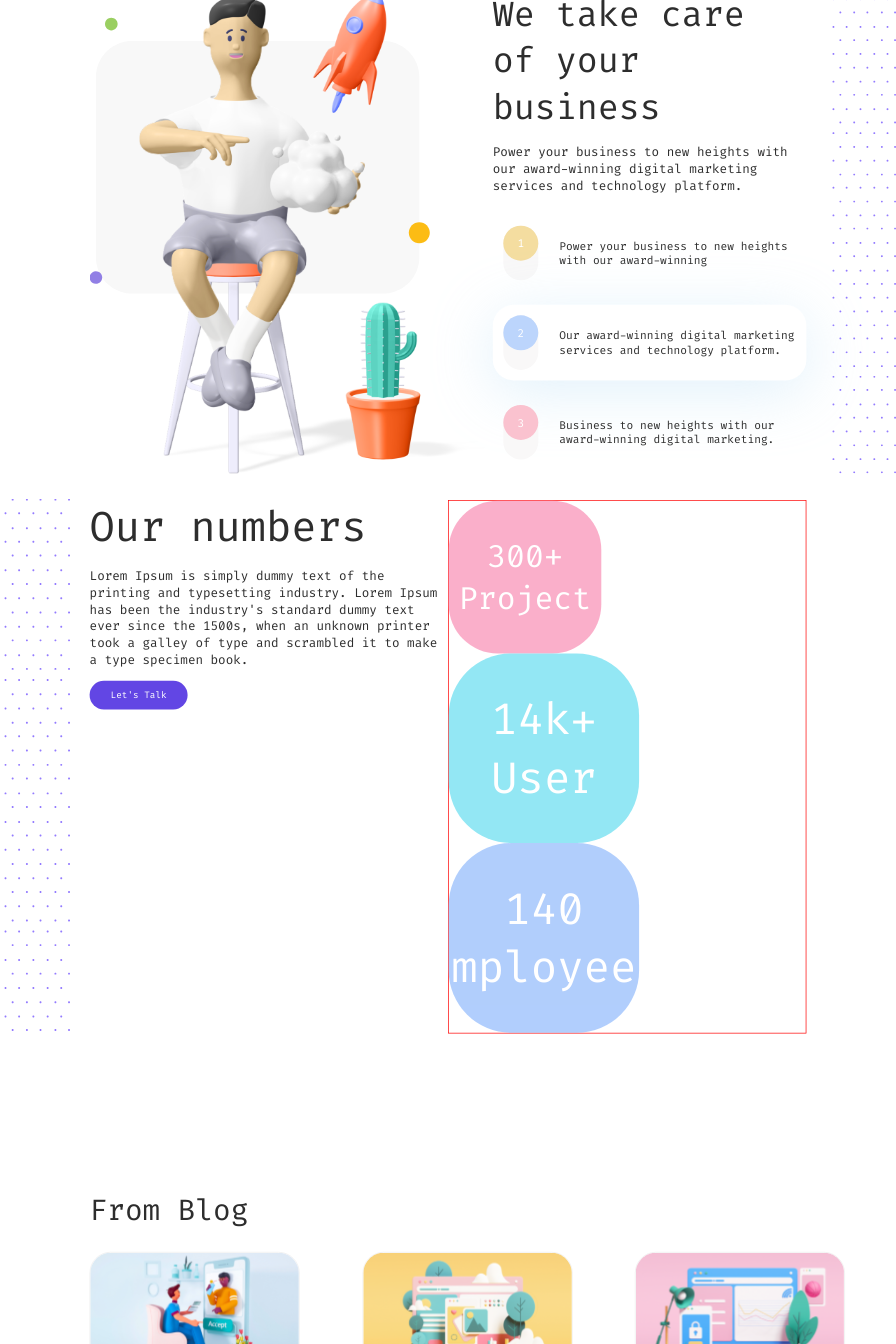
Repository: devdahcoder/noren
Page: index.html
An editor plug-in stored every save of this project. The page is shown before and after the next save, followed by the edit.
The browser window is 1280 px wide. The pictures show the part of the page from y = 1468 to 3388 px (the page is 4980 px tall), at 70% of full size.
The style sheet was rebuilt from its Sass, Less or Tailwind sources for each picture, by a compiler version that may differ from the author's.

Above is the page before, as saved 2020-12-23 13:32:36.

After the next save:
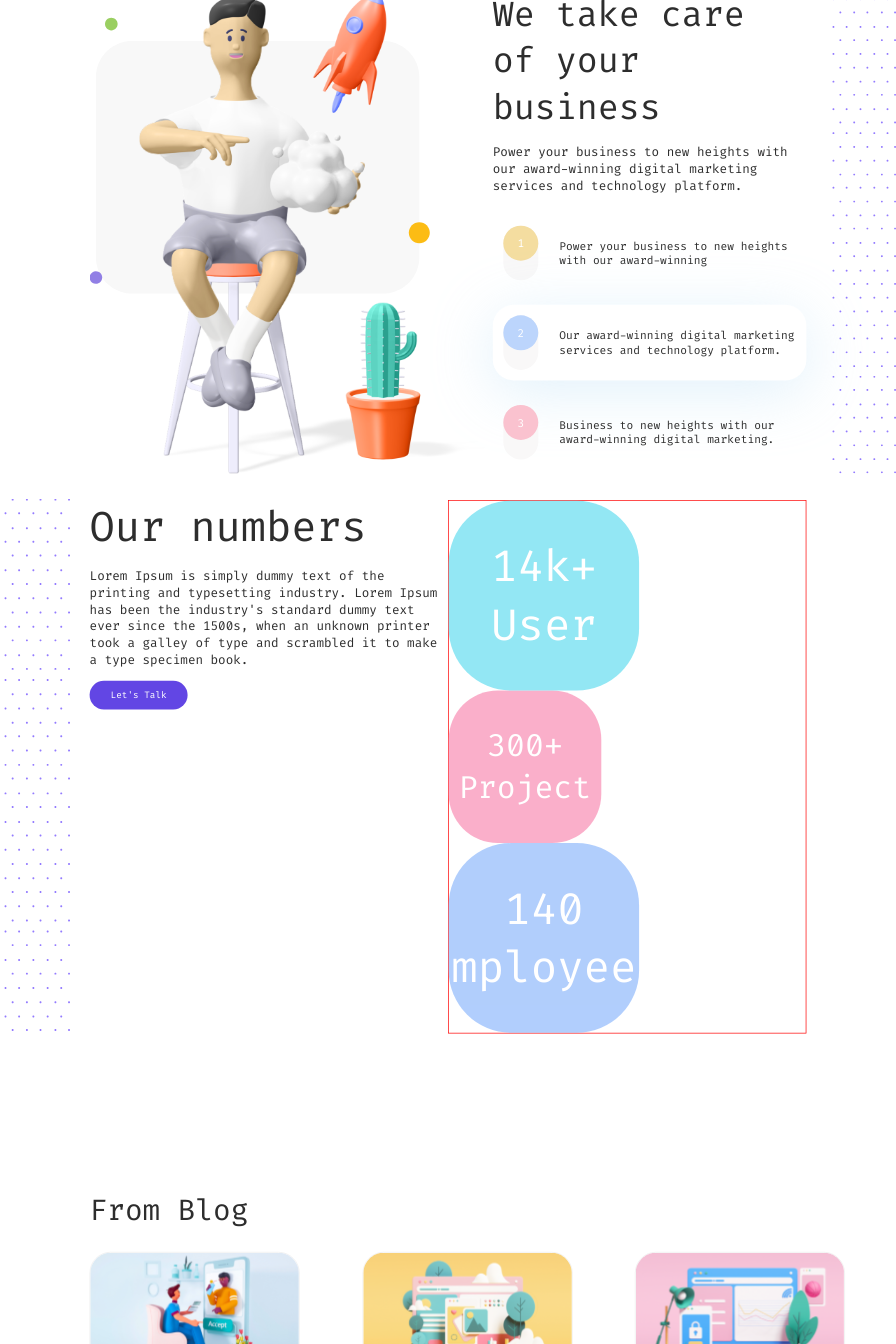
Saved 5 min 24 s later.
--- a/index.html
+++ b/index.html
@@ -190,14 +190,12 @@
                 <button class="number-btn">Let's Talk</button>
             </div>
             <div class="company-number-num">
-
+                <div class="company-numbers top">
+                    <p>14k+ User</p>
+                </div>
 
                 <div class="company-numbers middle">
                     300+ Project
-                </div>
-
-                <div class="company-numbers top">
-                    <p>14k+ User</p>
                 </div>
 
                 <div class="company-numbers bottom">
